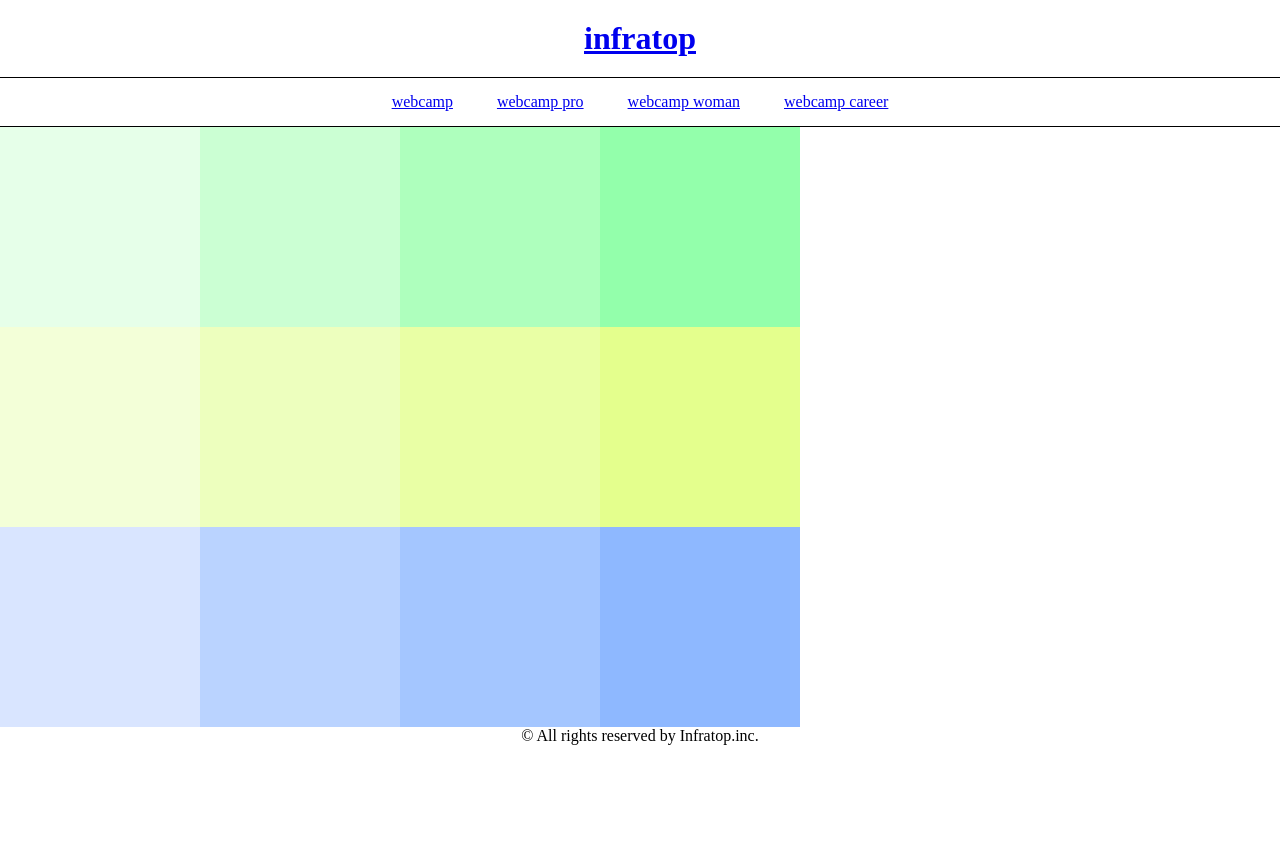
Repository: ryo32sun/Html-Practice
Page: practice/chapter5.html
The author's editor kept a record of every edit. The page is drawn from the files as they stood at one moment, then again after the next edit.
The browser window is 1280 px wide. The pictures show the whole page.

Above is the page before.

After the next edit:
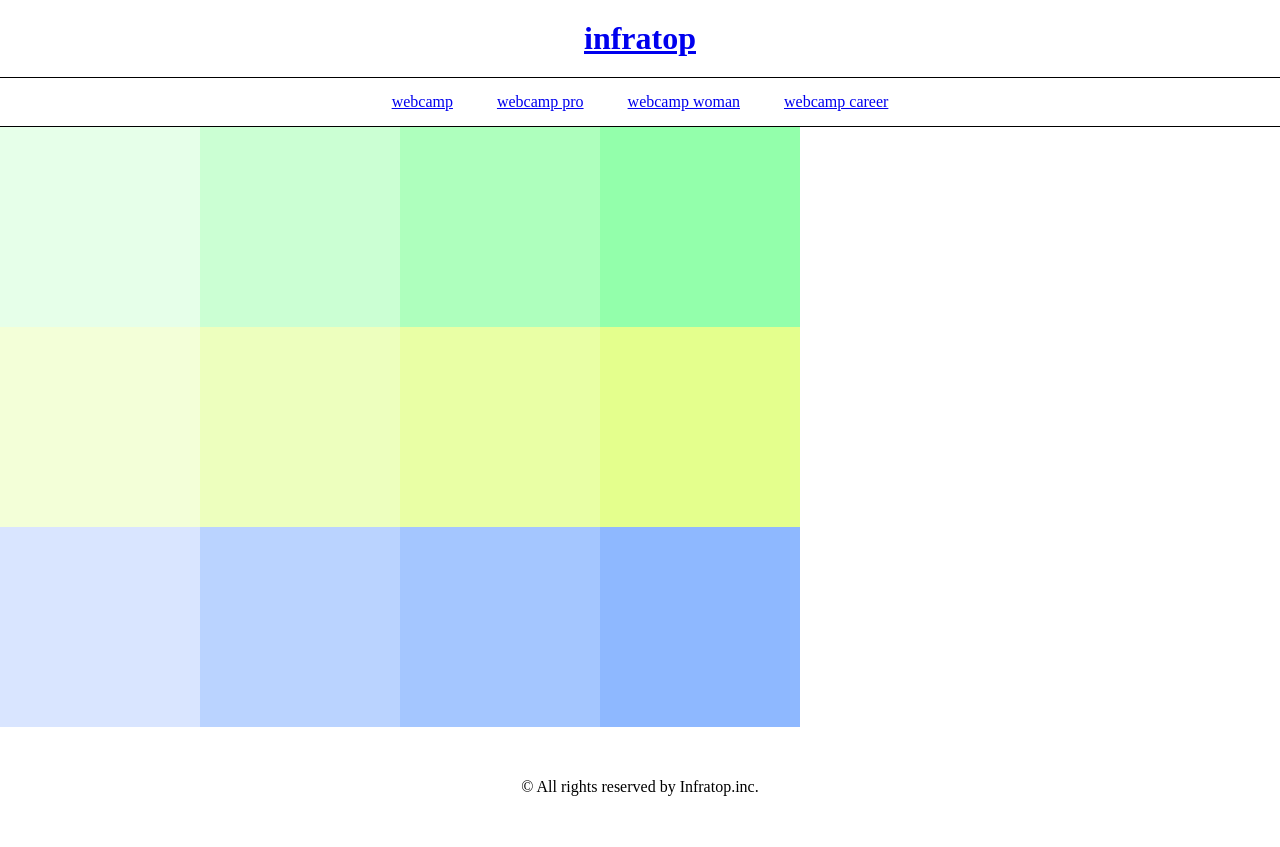
The edit:
--- a/practice/chapter5.css
+++ b/practice/chapter5.css
@@ -110,3 +110,7 @@
   width: 100%;
   height: 120px;
 }
+
+.footer {
+  line-height: 120px;
+}
